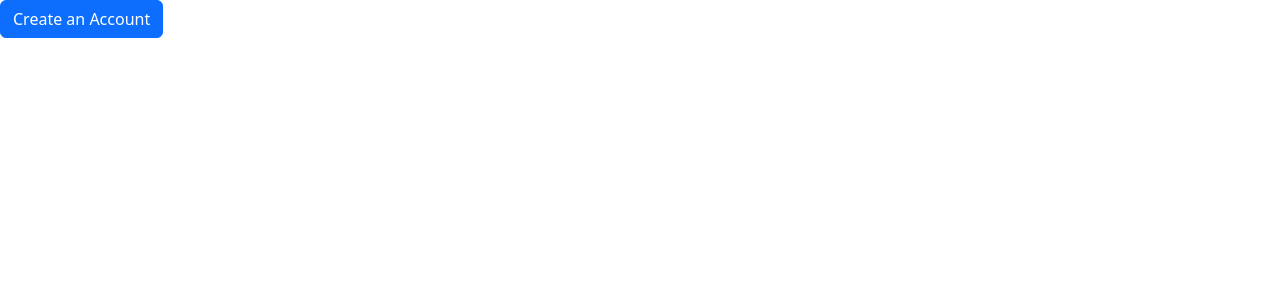
Repository: Ndifoinhilary/django_referrals_system
Page: http://localhost/
These files come from the project's save history. The page is drawn as it stood at one moment and after the next save; the edit follows.
The browser window is 1280 px wide. The pictures show the whole page.
The page is served by the project's application, run on Django 3.2 (manage.py). Queries for data that is not in the repository find no rows.

Above is the page before, as saved 2024-01-09 23:49:17.

After the next save:
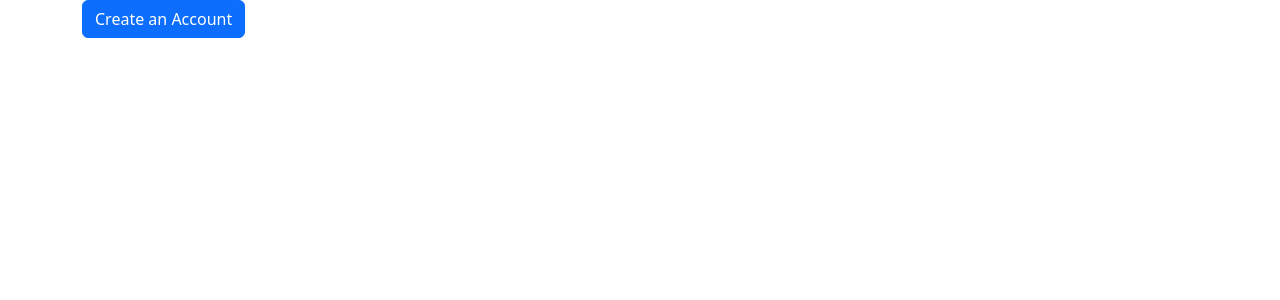
Saved 88 s later.
--- a/referrals/templates/main.html
+++ b/referrals/templates/main.html
@@ -3,11 +3,13 @@
 
 
 {% block content %}
-  {% if request.user.is_authenticated %}
+<div class="container">
+    {% if request.user.is_authenticated %}
     {{user.username}}
     {% else %}
     <a href="{% url 'signup'  %}">
         <button class="btn btn-primary mx=2"> Create an Account</button>
     </a>
   {% endif %}
+</div>
 {% endblock content %}
